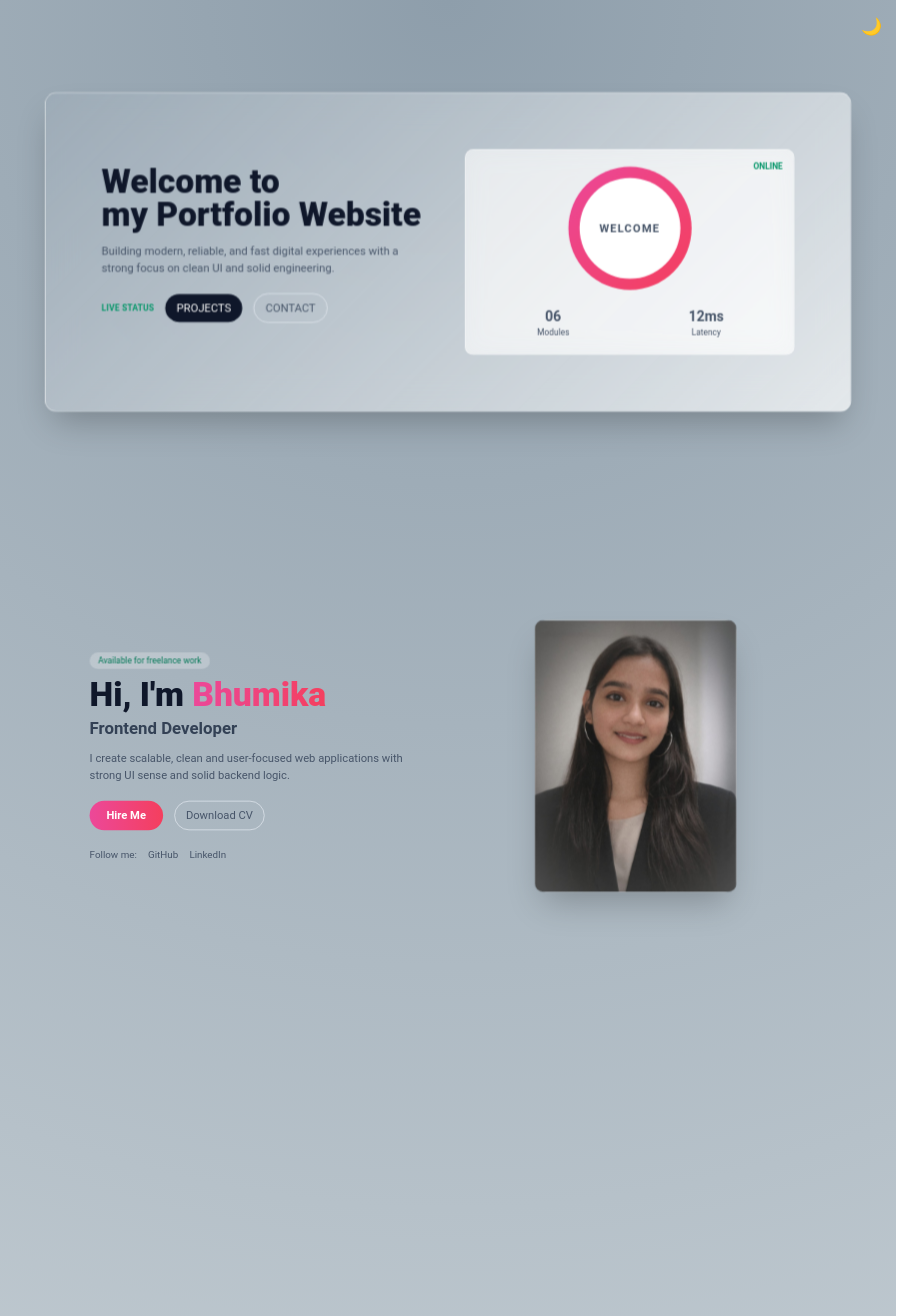
Repository: bhumikamourya/portfolio
Page: /
The author's editor kept a copy of each file at every save. The page is drawn from the files as they stood at one save, then again after the next save.
The browser window is 1280 px wide. The page is 1280 px wide, then 1296 px, so the pictures cover 1296 px, including what lies to the right of the window. The pictures show the part of the page from y = 0 to 1880 px (the page is 5885 px tall), at 70% of full size.
Some web libraries are served in a nearby version. The project was rebuilt for these pictures with package versions that can differ from the ones it lists, and the page was loaded fresh each time.

Above is the page before, as saved 2026-01-31 15:47:21.

After the next save:
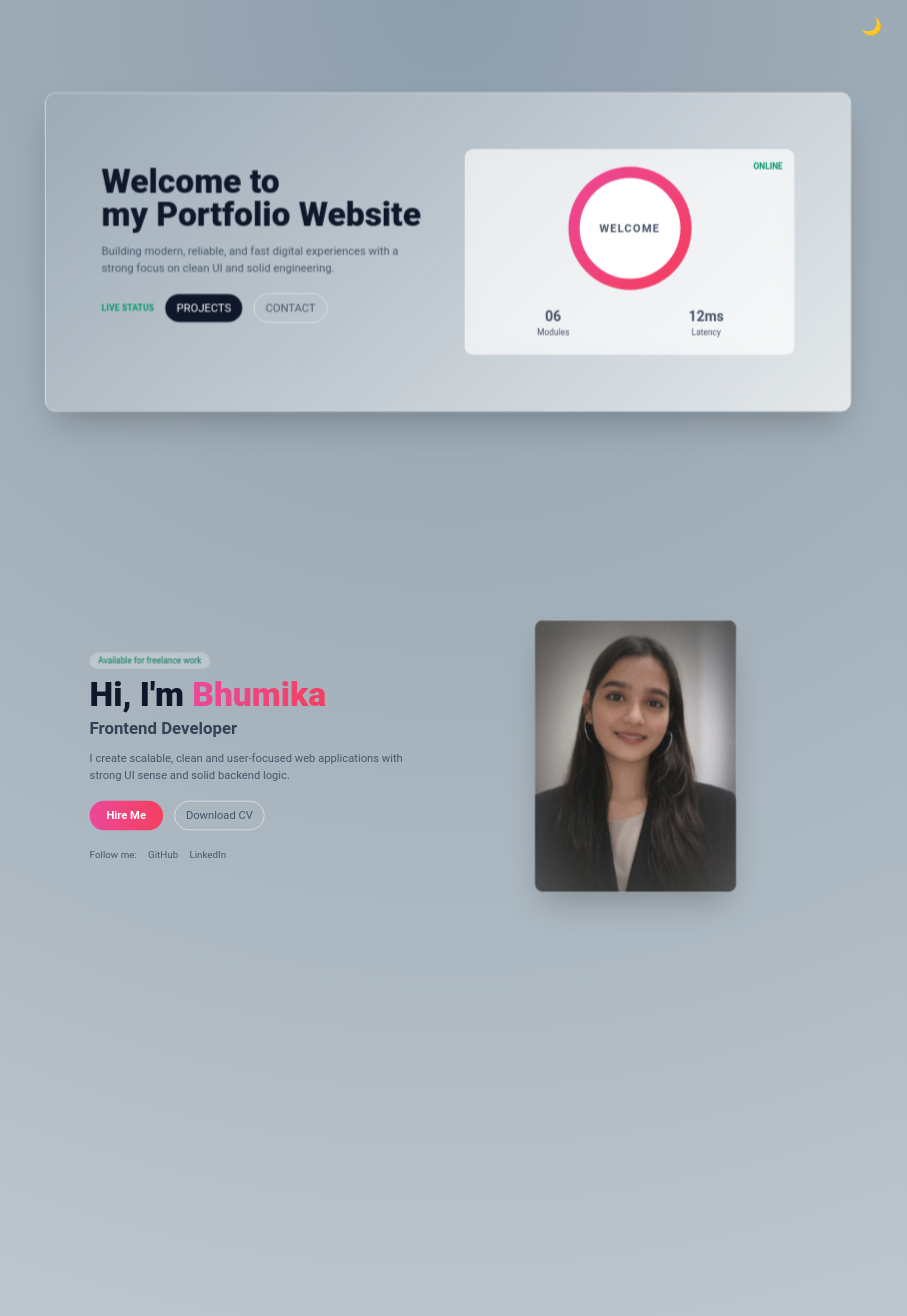
Saved 80 s later.
--- a/src/styles/App.css
+++ b/src/styles/App.css
@@ -19,6 +19,18 @@
   transition: all 0.8s ease-out;
   will-change: transform, opacity;
 }
+.reveal-left {
+  transform: translateX(-80px);
+}
+.reveal-right {
+  transform: translateX(80px);
+}
+.reveal-left.active,
+.reveal-right.active {
+  opacity: 1;
+  transform: translateX(0);
+}
+
 
 body {
   font-family: 'Roboto', sans-serif;
